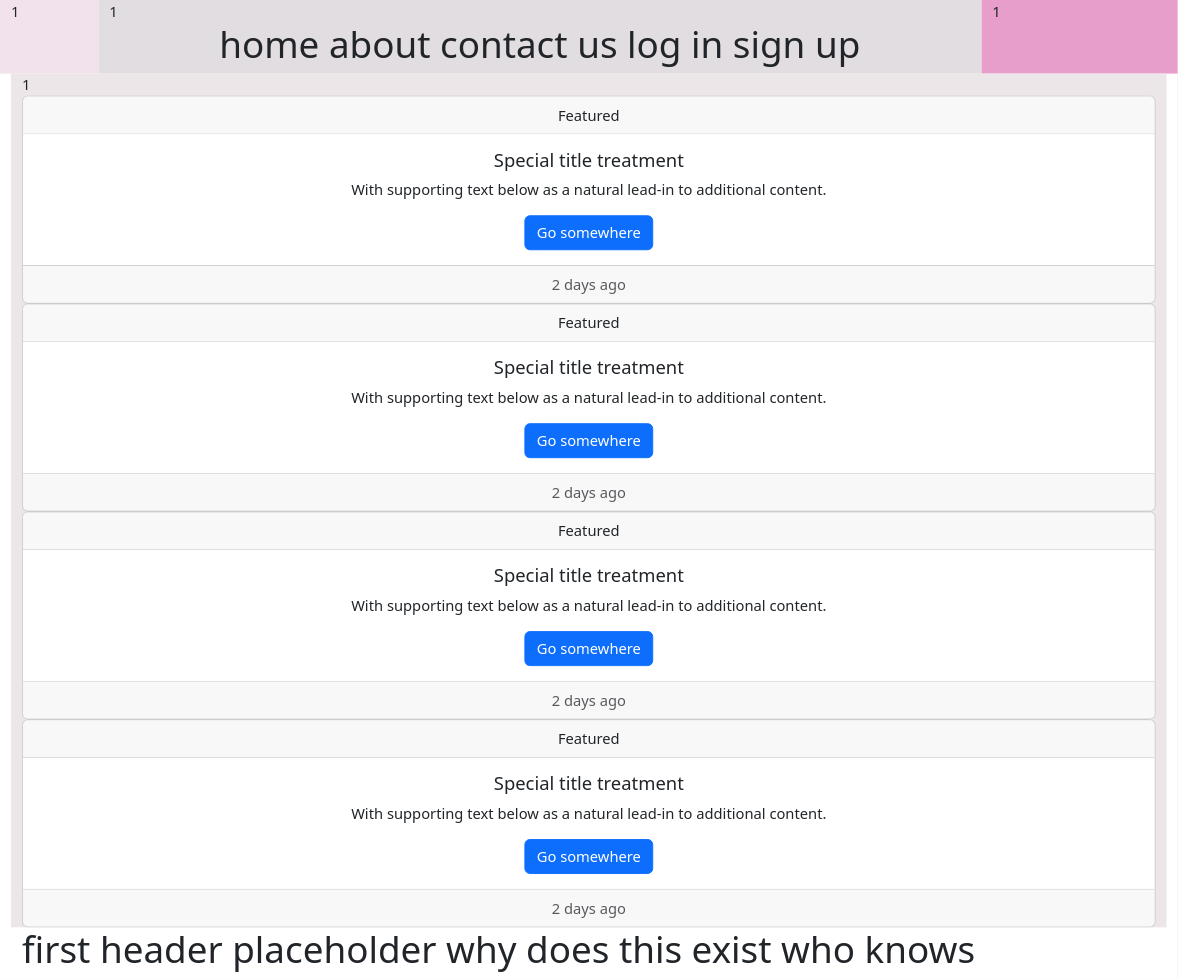
Repository: Treestr/classroom-assistant
Page: templates/homepage.html
An editor plug-in stored every save of this project. The page is shown before and after a run of saves, followed by the edit.
The browser window is 1280 px wide. The pictures show the whole page, at 92% of full size.
The template is drawn by Flask 3. The application's start-up code is not run. The template is opened directly, without the code that normally fills it, so the values that code supplies are empty.

Above is the page before, as saved 2024-04-21 19:54:53.

After the next 2 saves:
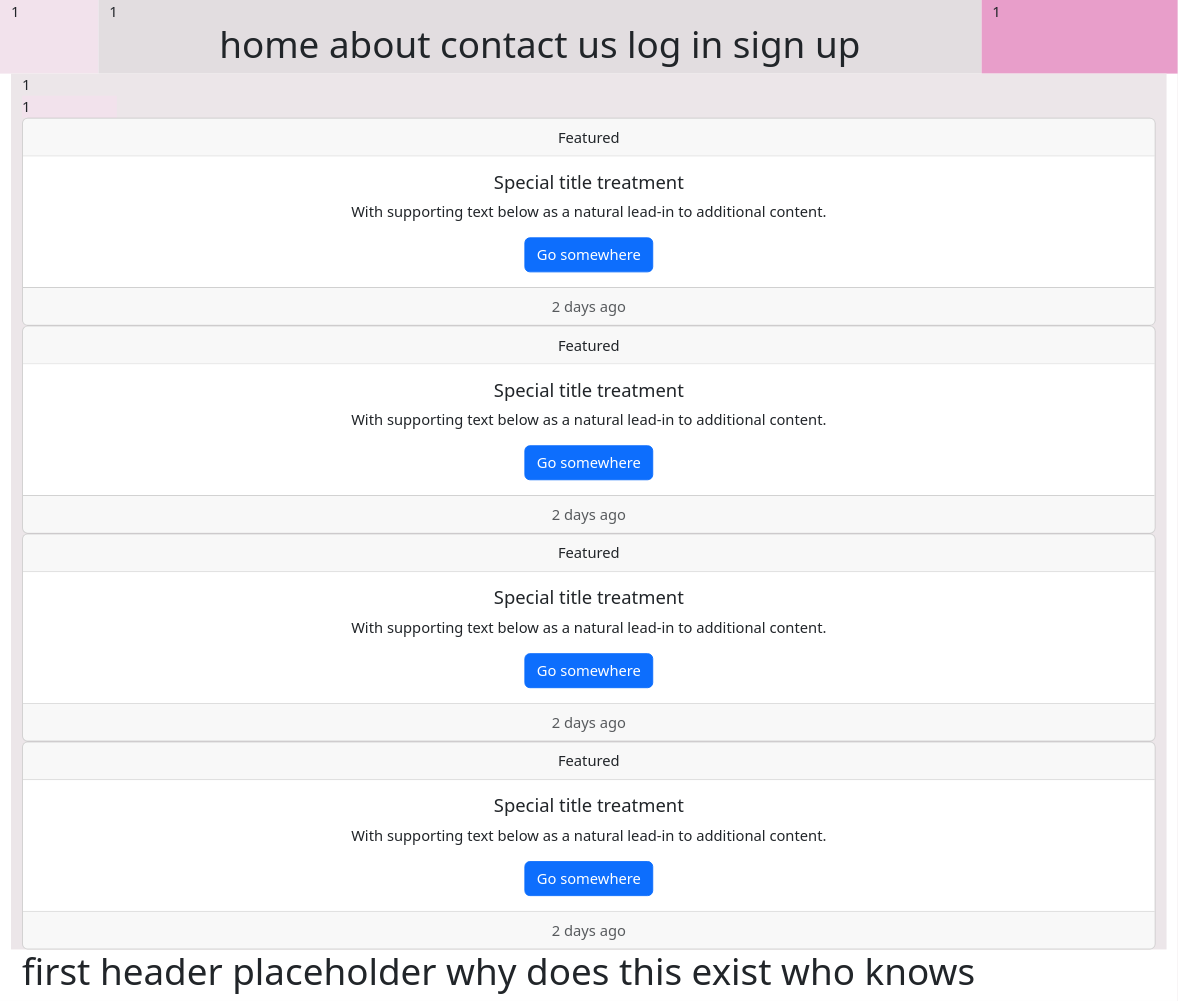
The 2 saves are shown as one change because they came seconds apart.
The last was saved 6 min 13 s later.
--- a/templates/homepage.html
+++ b/templates/homepage.html
@@ -26,6 +26,7 @@
       <div class="container-fluid">
     <div class="row">
         <div class="col-12" style="background-color: rgb(236, 230, 233)">1
+            <div class="col-1" style="background-color: rgb(242, 226, 236)">1</div>
 
 
 
